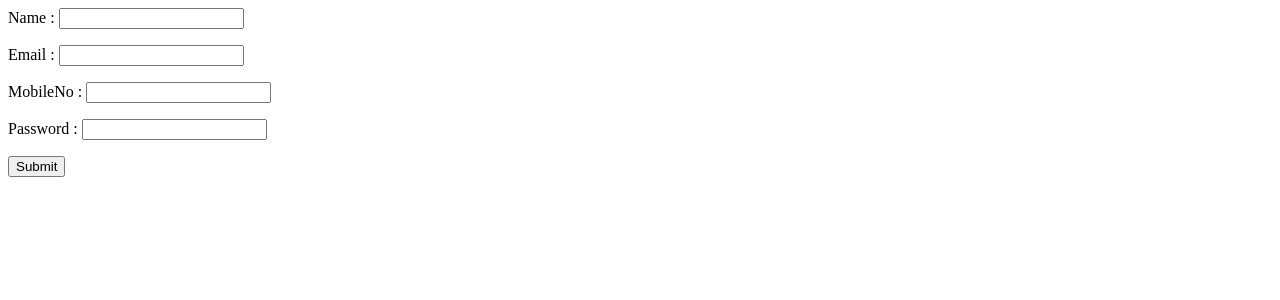
Repository: nishasirt/SimplilearnRepo1
Page: CRUDServletEx/WebContent/register.html
The author's editor kept a copy of each file at every save. The page is drawn from the files as they stood at one save, then again after the next save.
The browser window is 1280 px wide. The pictures show the whole page.

Above is the page before, as saved 2022-11-13 04:11:00.

### CRUDServletEx/WebContent/register.html
<!DOCTYPE html>
<html>
<head>
<meta charset="ISO-8859-1">
<title>Insert title here</title>
</head>
<body>
<form action="InsertSer" method="post">
		 Name : <input type="text" name="name">
		</p>


		Email : <input type="email" name="email">
		</p>

		MobileNo : <input type="text" name="mobile" />
		</p>

		Password : <input type="password" name="pswd" />
		<p />
         <input type="submit" value="Submit">
		</button>
	</form>
</body>
</html>

After the next save:
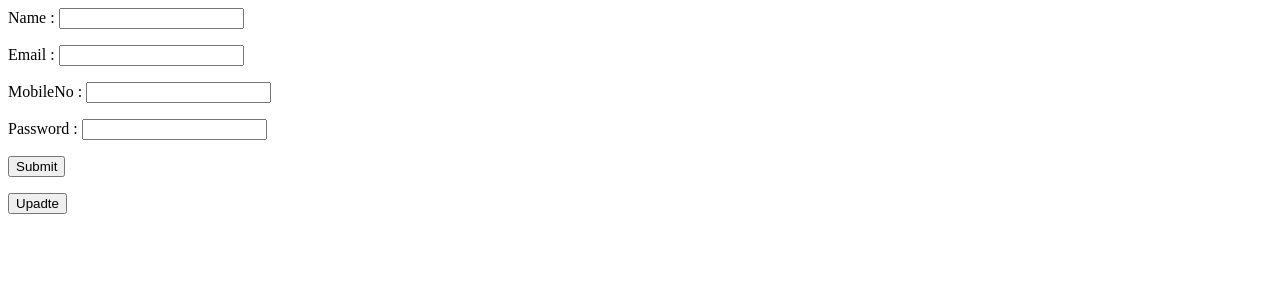
Saved 1 s later.
--- a/CRUDServletEx/WebContent/register.html
+++ b/CRUDServletEx/WebContent/register.html
@@ -18,7 +18,9 @@
 
 		Password : <input type="password" name="pswd" />
 		<p />
-         <input type="submit" value="Submit">
+         <input type="submit" value="Submit"></p>
+
+         <input type="submit" value="Upadte">
 		</button>
 	</form>
 </body>
